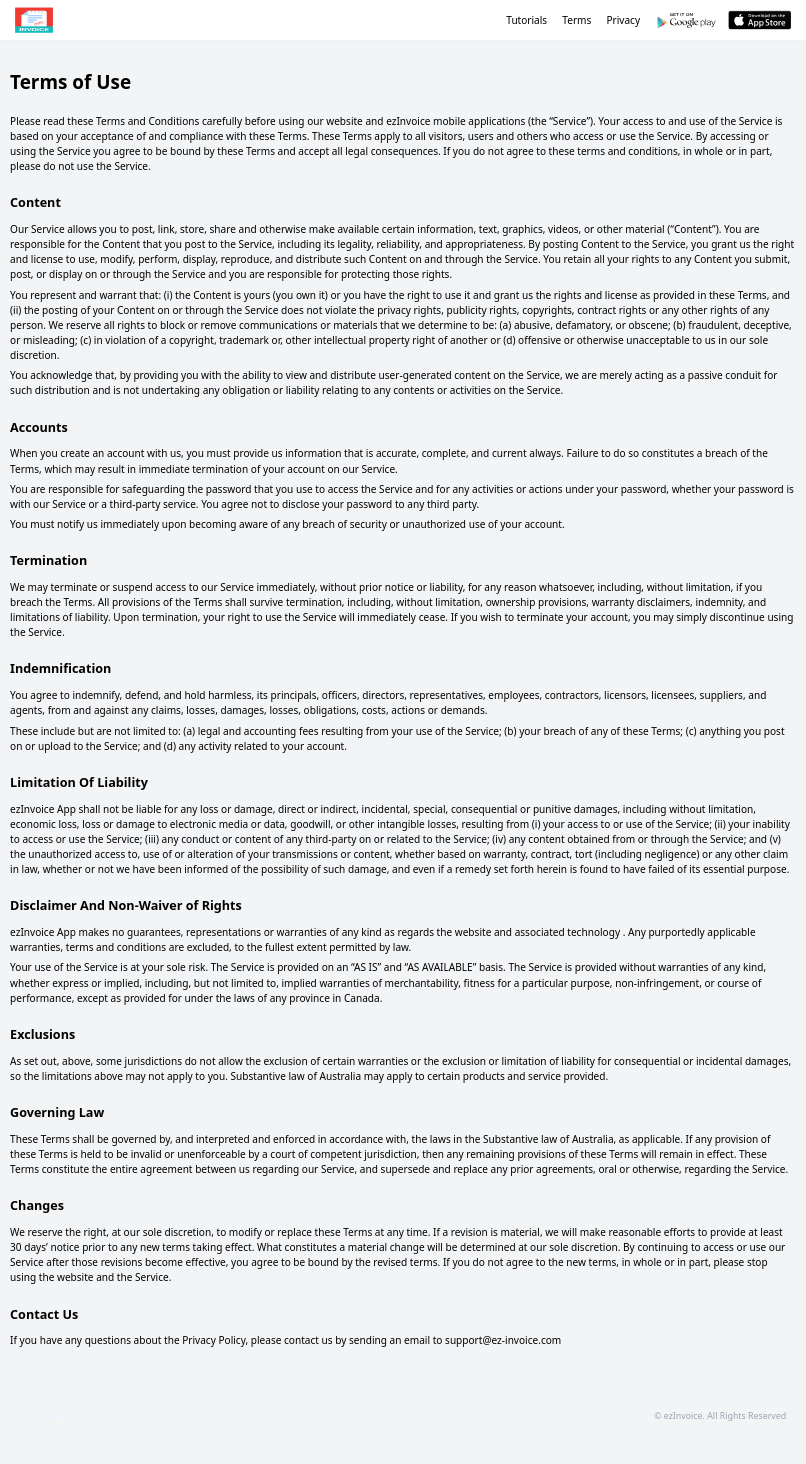
Repository: smartinvoicemaker/smartinvoicemaker.github.io
Page: terms.html
The author's editor kept a copy of each file at every save. The page is drawn from the files as they stood at one save, then again after the next save.
The browser window is 1280 px wide. The pictures show the whole page, at 63% of full size.

Above is the page before, as saved 2025-04-16 08:36:32.

### terms.html
<!DOCTYPE html>
<html lang="en">

<head>
    <meta charset="UTF-8">
    <meta name="viewport" content="width=device-width, initial-scale=1.0">
    <title>Terms of Use - ezInvoice</title>
    <link href="https://cdn.jsdelivr.net/npm/tailwindcss@2.2.19/dist/tailwind.min.css" rel="stylesheet">
    <!-- Include constants.js first -->
    <script src="./js/constants.js"></script>
    <!-- Include component scripts -->
    <script src="./components/header.js"></script>
    <script src="./components/footer.js"></script>
    <script src="./components/component-loader.js"></script>
</head>

<body class="bg-gray-100">
    <!-- Header container - will be populated by JavaScript -->

    <div class="container mx-auto px-4 pt-28 py-8">
        <!-- Title -->
        <h1 class="text-3xl font-bold mb-8">Terms of Use</h1>

        <!-- Introduction -->
        <p class="mb-8">Please read these Terms and Conditions carefully before using our website and ezInvoice mobile
            applications (the “Service”). Your access to and use of the Service is based on your acceptance of and
            compliance with these Terms. These Terms apply to all visitors, users and others who access or use the
            Service. By accessing or using the Service you agree to be bound by these Terms and accept all legal
            consequences. If you do not agree to these terms and conditions, in whole or in part, please do not use the
            Service.</p>

        <!-- Content Section -->
        <div class="mb-8">

            <!-- Subtitle -->
            <h2 class="text-xl font-semibold mb-4">Content</h2>

            <!-- Paragraph -->
            <p class="mb-2">Our Service allows you to post, link, store, share and otherwise make available certain
                information, text, graphics, videos, or other material (“Content”). You are responsible for the Content
                that you post to the Service, including its legality, reliability, and appropriateness. By posting
                Content to the Service, you grant us the right and license to use, modify, perform, display, reproduce,
                and distribute such Content on and through the Service. You retain all your rights to any Content you
                submit, post, or display on or through the Service and you are responsible for protecting those rights.
            </p>

            <!-- Paragraph -->
            <p class="mb-2">You represent and warrant that: (i) the Content is yours (you own it) or you have the right
                to use it and grant us the rights and license as provided in these Terms, and (ii) the posting of your
                Content on or through the Service does not violate the privacy rights, publicity rights, copyrights,
                contract rights or any other rights of any person. We reserve all rights to block or remove
                communications or materials that we determine to be: (a) abusive, defamatory, or obscene; (b)
                fraudulent, deceptive, or misleading; (c) in violation of a copyright, trademark or, other intellectual
                property right of another or (d) offensive or otherwise unacceptable to us in our sole discretion.</p>

            <!-- Paragraph -->
            <p class="mb-2">You acknowledge that, by providing you with the ability to view and distribute
                user-generated content on the Service, we are merely acting as a passive conduit for such distribution
                and is not undertaking any obligation or liability relating to any contents or activities on the
                Service.</p>

        </div>

        <!-- Accounts Section -->
        <div class="mb-8">

            <!-- Subtitle -->
            <h2 class="text-xl font-semibold mb-4">Accounts</h2>

            <!-- Paragraph -->
            <p class="mb-2">When you create an account with us, you must provide us information that is accurate,
                complete, and current always. Failure to do so constitutes a breach of the Terms, which may result in
                immediate termination of your account on our Service.</p>

            <!-- Paragraph -->
            <p class="mb-2">You are responsible for safeguarding the password that you use to access the Service and for
                any activities or actions under your password, whether your password is with our Service or a
                third-party service. You agree not to disclose your password to any third party.</p>

            <!-- Paragraph -->
            <p class="mb-2">You must notify us immediately upon becoming aware of any breach of security or unauthorized
                use of your account.</p>

        </div>

        <!-- Termination Section -->
        <div class="mb-8">

            <!-- Subtitle -->
            <h2 class="text-xl font-semibold mb-4">Termination</h2>

            <!-- Paragraph -->
            <p class="mb-2">We may terminate or suspend access to our Service immediately, without prior notice or
                liability, for any reason whatsoever, including, without limitation, if you breach the Terms. All
                provisions of the Terms shall survive termination, including, without limitation, ownership provisions,
                warranty disclaimers, indemnity, and limitations of liability. Upon termination, your right to use the
                Service will immediately cease. If you wish to terminate your account, you may simply discontinue using
                the Service.</p>

        </div>

        <!-- Indemnification Section -->
        <div class="mb-8">

            <!-- Subtitle -->
            <h2 class="text-xl font-semibold mb-4">Indemnification</h2>

            <!-- Paragraph -->
            <p class="mb-2">You agree to indemnify, defend, and hold harmless, its principals, officers, directors,
                representatives, employees, contractors, licensors, licensees, suppliers, and agents, from and against
                any claims, losses, damages, losses, obligations, costs, actions or demands.</p>

            <!-- Paragraph -->
            <p class="mb-2">These include but are not limited to: (a) legal and accounting fees resulting from your use
                of the Service; (b) your breach of any of these Terms; (c) anything you post on or upload to the
                Service; and (d) any activity related to your account.</p>

        </div>

        <!-- Limitation of Liability Section -->
        <div class="mb-8">

            <!-- Subtitle -->
            <h2 class="text-xl font-semibold mb-4">Limitation Of Liability</h2>

            <!-- Paragraph -->
            <p class="mb-2">ezInvoice App shall not be liable for any loss or damage, direct or indirect, incidental,
                special, consequential or punitive damages, including without limitation, economic loss, loss or damage
                to electronic media or data, goodwill, or other intangible losses, resulting from (i) your access to or
                use of the Service; (ii) your inability to access or use the Service; (iii) any conduct or content of
                any third-party on or related to the Service; (iv) any content obtained from or through the Service; and
                (v) the unauthorized access to, use of or alteration of your transmissions or content, whether based on
                warranty, contract, tort (including negligence) or any other claim in law, whether or not we have been
                informed of the possibility of such damage, and even if a remedy set forth herein is found to have
                failed of its essential purpose.</p>

        </div>

        <!-- Disclaimer and Non-Waiver of Rights Section -->
        <div class="mb-8">

            <!-- Subtitle -->
            <h2 class="text-xl font-semibold mb-4">Disclaimer And Non-Waiver of Rights</h2>

            <!-- Paragraph -->
            <p class="mb-2">ezInvoice App makes no guarantees, representations or warranties of any kind as regards the
                website and associated technology

                . Any purportedly applicable warranties, terms and conditions are excluded, to the fullest extent
                permitted by law.</p>

            <!-- Paragraph -->
            <p class="mb-2">Your use of the Service is at your sole risk. The Service is provided on an “AS IS” and “AS
                AVAILABLE” basis. The Service is provided without warranties of any kind, whether express or implied,
                including, but not limited to, implied warranties of merchantability, fitness for a particular purpose,
                non-infringement, or course of performance, except as provided for under the laws of any province in
                Canada.</p>

        </div>

        <!-- Exclusions Section -->
        <div class="mb-8">

            <!-- Subtitle -->
            <h2 class="text-xl font-semibold mb-4">Exclusions</h2>

            <!-- Paragraph -->
            <p class="mb-2">As set out, above, some jurisdictions do not allow the exclusion of certain warranties or
                the exclusion or limitation of liability for consequential or incidental damages, so the limitations
                above may not apply to you. Substantive law of Australia may apply to certain products and service
                provided.</p>

        </div>

        <!-- Governing Law Section -->
        <div class="mb-8">

            <!-- Subtitle -->
            <h2 class="text-xl font-semibold mb-4">Governing Law</h2>

            <!-- Paragraph -->
            <p class="mb-2">These Terms shall be governed by, and interpreted and enforced in accordance with, the laws
                in the Substantive law of Australia, as applicable. If any provision of these Terms is held to be
                invalid or unenforceable by a court of competent jurisdiction, then any remaining provisions of these
                Terms will remain in effect. These Terms constitute the entire agreement between us regarding our
                Service, and supersede and replace any prior agreements, oral or otherwise, regarding the Service.</p>

        </div>

        <!-- Changes Section -->
        <div class="mb-8">

            <!-- Subtitle -->
            <h2 class="text-xl font-semibold mb-4">Changes</h2>

            <!-- Paragraph -->
            <p class="mb-2">We reserve the right, at our sole discretion, to modify or replace these Terms at any time.
                If a revision is material, we will make reasonable efforts to provide at least 30 days’ notice prior to
                any new terms taking effect. What constitutes a material change will be determined at our sole
                discretion. By continuing to access or use our Service after those revisions become effective, you agree
                to be bound by the revised terms. If you do not agree to the new terms, in whole or in part, please stop
                using the website and the Service.</p>

        </div>

        <!-- Contact Us Section -->
        <div>

            <!-- Subtitle -->
            <h2 class="text-xl font-semibold mb-4">Contact Us</h2>

            <!-- Paragraph -->
            <p>If you have any questions about the Privacy Policy, please contact us by sending an email to
                support@ez-invoice.com</p>

        </div>

    </div>

    <!-- Footer container - will be populated by JavaScript -->
    <div id="footer-container"></div>
</body>

</html>

### js/constants.js
// Constants for shared links across the website
const APP_CONSTANTS = {
  // Main website URL
  WEBSITE_URL: 'https://ez-invoice.com/',

  // App download links
  ANDROID_APP: 'https://play.google.com/store/apps/details?id=invoice.invoicemaker.simple',
  IOS_APP: 'https://apps.apple.com/app/ezinvoice-easy-invoice-maker/id6478380167',

  // Page links
  TERMS_PAGE: 'pages/terms.html',
  PRIVACY_PAGE: 'pages/privacy.html',
  INVOICE_APP_PAGE: 'pages/best-invoice-app.html',
  INVOICE_RECEIPT_PAGE: 'pages/invoice-recipt.html',
  TUTORIALS_PAGE: 'pages/tutorials.html',

  // Image paths
  LOGO: './images/logo.png',
  GOOGLE_PLAY_BADGE: './images/goolge-play.svg',
  APPSTORE_BADGE: './images/apple-store.svg'
};

// Tutorial videos data
const TUTORIAL_VIDEOS = [
  // Getting Started Section
  {
    id: 'intro',
    section: 'Getting Started',
    title: 'Creating Your First Invoice',
    description: 'Learn how to create your first invoice quickly and easily with ezInvoice in just a few simple steps.',
    youtubeId: 'D2YNQDOZ1-M',
    duration: '3:45',
    level: 'Beginner'
  },

  // Creating & Managing Invoices Section
  {
    id: 'excel-import',
    section: 'Managing Invoices',
    title: 'Importing Customers and Products from Excel',
    description: 'Learn how to quickly import your existing customer database and product catalog from Excel files to save time on manual data entry.',
    youtubeId: '87P6RkC8HGk',
    duration: '5:24',
    level: 'Intermediate'
  },

  // Advanced Features Section
  {
    id: 'templates',
    section: 'Advanced Features',
    title: 'Customizing Invoice Templates',
    description: 'Learn how to customize invoice templates with your brand colors, logo, and personalized text to make your invoices stand out.',
    youtubeId: '6tfEowsr6wc',
    duration: '7:14',
    level: 'Advanced'
  },
  {
    id: 'reports',
    section: 'Advanced Features',
    title: 'Generating Reports and Analytics',
    description: 'Discover how to generate financial reports, analyze your sales data, and gain insights into your business performance.',
    youtubeId: '0w2aU7Omw5Y',
    duration: '8:05',
    level: 'Advanced'
  },
];

// Make constants available globally - using only one global variable to reduce pollution
if (typeof window !== 'undefined') {
  window.APP_CONSTANTS = APP_CONSTANTS;
  window.TUTORIAL_VIDEOS = TUTORIAL_VIDEOS;

  // Add helper to easily handle paths for both root and subdirectory pages
  window.getPath = function(path, isRootPath = !window.location.pathname.includes('/pages/')) {
    if (!path) return '#';
    return isRootPath ? path : path.replace('pages/', '');
  };
}

### components/component-loader.js
/**
 * Load and render components on the page
 */
function loadComponents() {
  // Better path detection
  const path = window.location.pathname;
  const isRootPath = path === '/' ||
                    path.endsWith('index.html') ||
                    path.split('/').filter(p => p && p !== '.').length === 0;

  const pathPrefix = isRootPath ? './' : '../';

  // Find component containers
  const headerContainer = document.getElementById('header-container');
  const footerContainer = document.getElementById('footer-container');

  // Render components if containers exist and rendering functions are available
  if (headerContainer && window.renderHeader) {
    headerContainer.innerHTML = renderHeader(isRootPath);
    console.log('Header rendered with isRootPath:', isRootPath);
  }

  if (footerContainer && window.renderFooter) {
    footerContainer.innerHTML = renderFooter(isRootPath);
    console.log('Footer rendered with isRootPath:', isRootPath);
  }

  // Apply constants to links if they exist
  if (window.APP_CONSTANTS) {
    // Helper function to update elements by ID if they exist
    const updateElementHref = (id, url, defaultUrl) => {
      const element = document.getElementById(id);
      if (element) element.href = url || defaultUrl || '#';
    };

    // Update logo link
    updateElementHref('main-logo-link', APP_CONSTANTS.WEBSITE_URL, isRootPath ? './' : '../');

    // Update app links
    updateElementHref('google-play-header', APP_CONSTANTS.ANDROID_APP);
    updateElementHref('appstore-header', APP_CONSTANTS.IOS_APP);

    // Update navigation links with correct paths
    const tutorialsPath = isRootPath ? './tutorials.html' : '../tutorials.html';
    const termsPath = isRootPath ? './terms.html' : '../terms.html';
    const privacyPath = isRootPath ? './privacy.html' : '../privacy.html';

    updateElementHref('tutorials-link', tutorialsPath);
    updateElementHref('tutorials-header-link', tutorialsPath);
    updateElementHref('terms-link', termsPath);
    updateElementHref('terms-header-link', termsPath);
    updateElementHref('privacy-link', privacyPath);
    updateElementHref('privacy-header-link', privacyPath);

    // Update CTA links
    updateElementHref('google-play-cta', APP_CONSTANTS.ANDROID_APP);
    updateElementHref('appstore-cta', APP_CONSTANTS.IOS_APP);
  }
}

// Make the function globally available
if (typeof window !== 'undefined') {
  window.loadComponents = loadComponents;

  // Run as soon as possible
  if (document.readyState === 'loading') {
    document.addEventListener('DOMContentLoaded', loadComponents);
  } else {
    loadComponents();
  }

  // Also run on load as a fallback
  window.addEventListener('load', function() {
    const headerContainer = document.getElementById('header-container');
    const footerContainer = document.getElementById('footer-container');

    // If containers exist but are empty, fill them
    if (headerContainer && headerContainer.innerHTML.trim() === '') {
      loadComponents();
    }

    if (footerContainer && footerContainer.innerHTML.trim() === '') {
      loadComponents();
    }
  });
}

Loaded but not shown: components/header.js (104 lines, source omitted); components/footer.js (99 lines, source omitted)

After the next save:
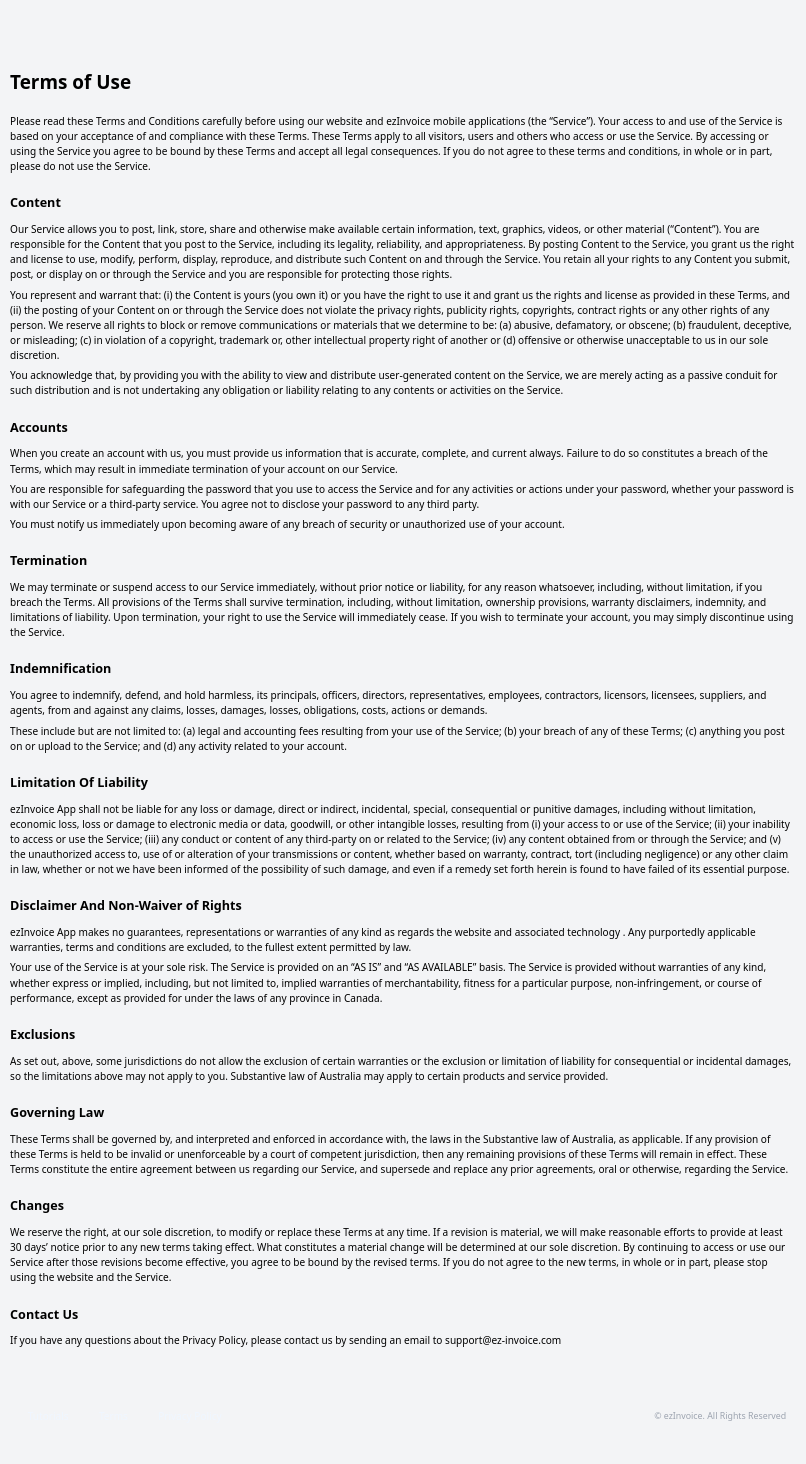
Saved 18 s later.
--- a/terms.html
+++ b/terms.html
@@ -9,7 +9,7 @@
     <!-- Include constants.js first -->
     <script src="./js/constants.js"></script>
     <!-- Include component scripts -->
-    <script src="./components/header.js"></script>
+    <!-- <script src="./components/header.js"></script> -->
     <script src="./components/footer.js"></script>
     <script src="./components/component-loader.js"></script>
 </head>

After the save that followed:
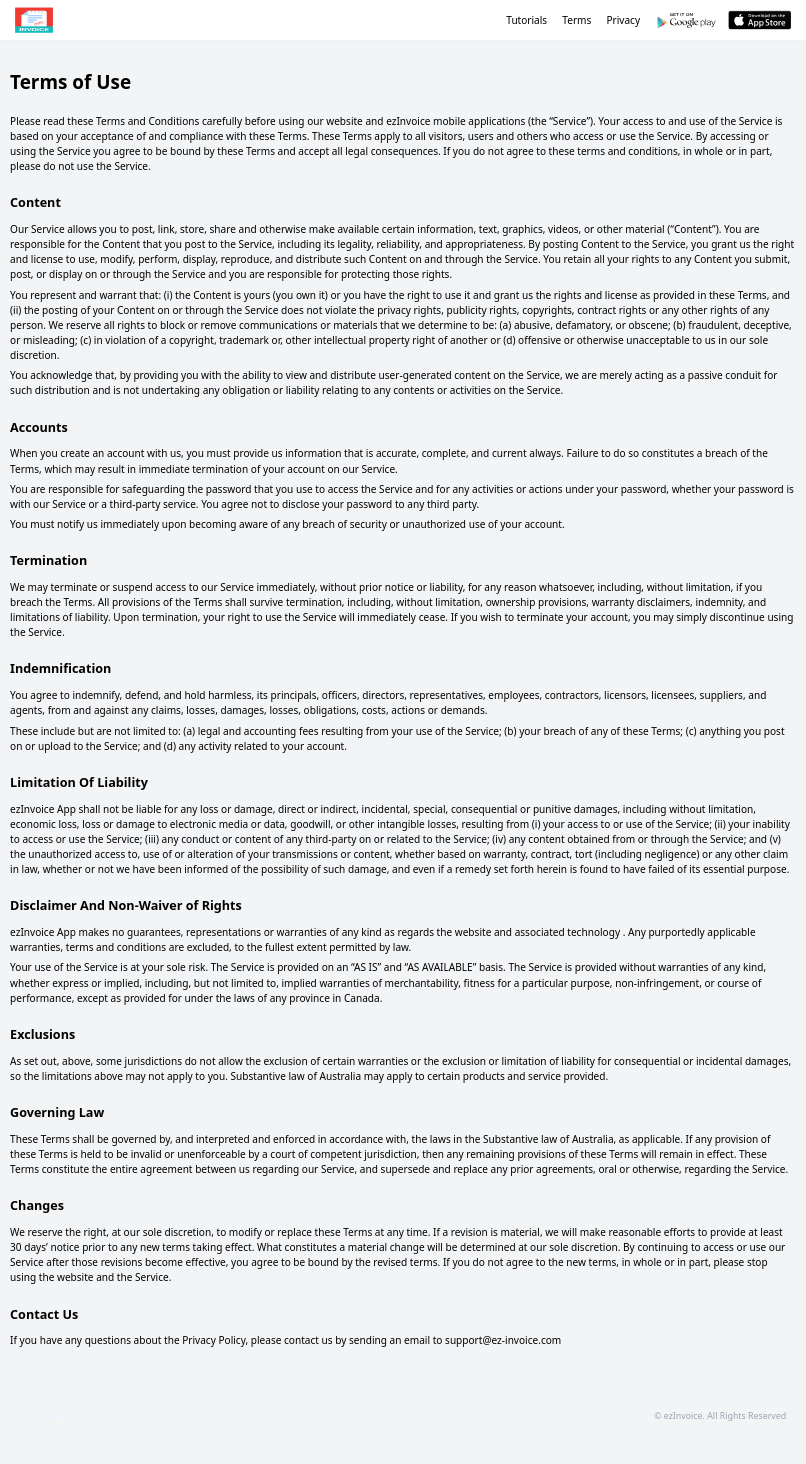
Saved 12 s later.
--- a/terms.html
+++ b/terms.html
@@ -9,13 +9,14 @@
     <!-- Include constants.js first -->
     <script src="./js/constants.js"></script>
     <!-- Include component scripts -->
-    <!-- <script src="./components/header.js"></script> -->
+    <script src="./components/header.js"></script>
     <script src="./components/footer.js"></script>
     <script src="./components/component-loader.js"></script>
 </head>
 
 <body class="bg-gray-100">
     <!-- Header container - will be populated by JavaScript -->
+    <div id="header-container"></div>
 
     <div class="container mx-auto px-4 pt-28 py-8">
         <!-- Title -->
